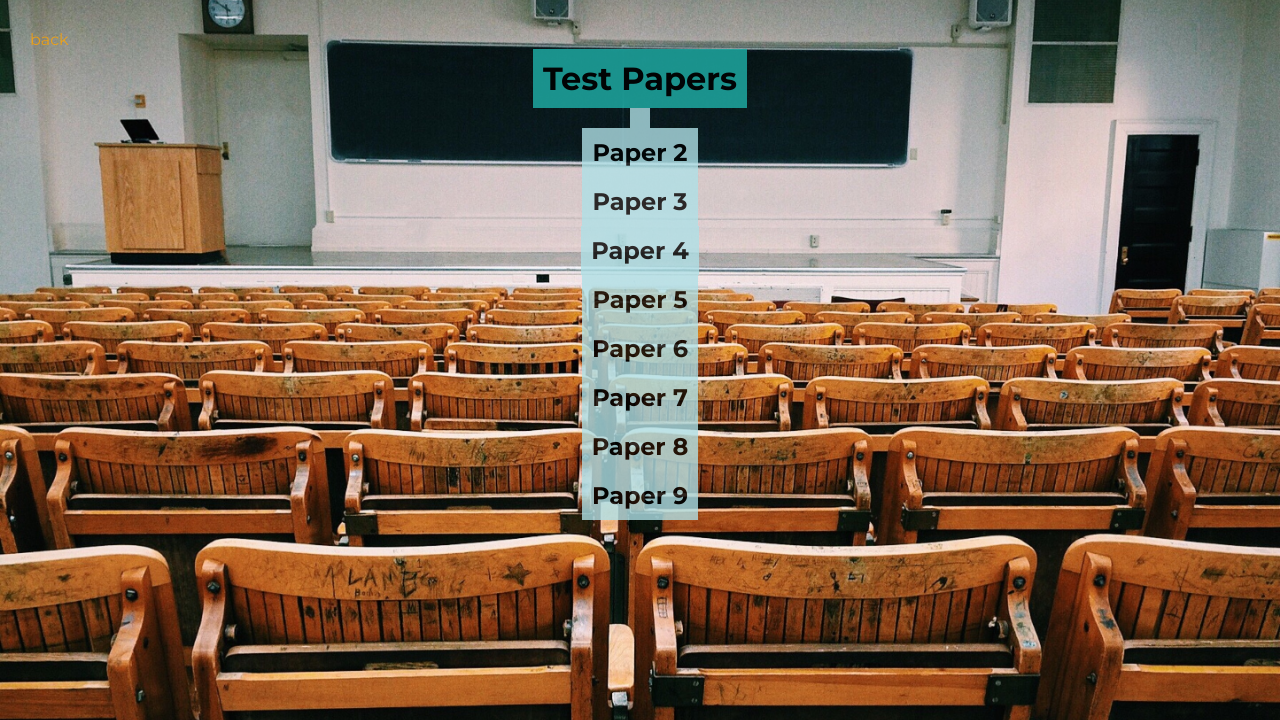
Repository: GauravBrahmbhatt/Psquare
Page: /testpage
The author's editor kept a copy of each file at every save. The page is drawn from the files as they stood at one save, then again after the next save.
The browser window is 1280 px wide. The pictures show the whole page.
The project was rebuilt for these pictures with package versions that can differ from the ones it lists, and the page was loaded fresh each time. Also part of the build but not shown: src/pages/main.js, src/pages/timer.js, src/pages/TestPapers/level1.js.

Above is the page before, as saved 2020-06-18 18:29:36.

### src/App.js
import React, { Component } from 'react';
import {Switch, Route, Router} from 'react-router-dom';
import History from './pages/History';

import NextPage from './pages/TestLoader';
import Main from './pages/main';
//import TestPage from './pages/LevelCoordinator';
import TestPage from './pages/TestPapers/level1';
//import Level2 from './pages/TestPapers/level2';
//import Level3 from './pages/TestPapers/level3';
//import Level4 from './pages/TestPapers/level4';
//import Level5 from './pages/TestPapers/level5';
//import Level6 from './pages/TestPapers/level6';
//import Level7 from './pages/TestPapers/level7';

//https://codepen.io/abbeyjfitzgerald/pen/QaeoYj

/*const backUrl = '/some/other/value'
// this.props.testvalue === "hello"
<Link to={{pathname: `/${this.props.testvalue}`, query: {backUrl}}} />
console.log(this.props.match.params.testvalue, this.props.location.query.backurl)
// output
hello /some/other/value
*/



class App extends Component {
	//this.props.match.params.id






  render(){
    return(

      <Router history={History}>
        <Switch>
          <Route path="/" exact component={Main} />
          <Route path="/testpage" component={NextPage} />
          <Route path="/timedtest" component={TestPage} />

        </Switch>
      </Router>
    )

  }
}

export default App;

//	  <Route path="/random" component={Level4} />
/*{"q":["24","-4","7"], "a":27},
	{"q":["3","-2","36"], "a":37},
	{"q":["56","-1","3"], "a":58},
	{"q":["88","-2","-1"], "a":85},
	{"q":["73","-1","7"], "a":79},
	{"q":["7","32","-4"], "a":35},
	{"q":["6","71","-5"], "a":72},
	{"q":["16","-5","2"], "a":13},
	{"q":["7","22","-7"], "a":22},
	{"q":["38","-6","2"], "a":34},
	{"q":["5","54","-1"], "a":58},
	{"q":["5","54","-1"], "a":58},
	{"q":["5","54","-1"], "a":58},
	{"q":["5","54","-1"], "a":58},
	{"q":["5","54","-1"], "a":58},
	{"q":["5","54","-1"], "a":58},
	{"q":["5","54","-1"], "a":58},
	{"q":["5","54","-1"], "a":58},
	{"q":["5","54","-1"], "a":58},
	{"q":["5","54","-1"], "a":58},
	{"q":["5","54","-1"], "a":58},
	{"q":["5","54","-1"], "a":58},
	{"q":["5","54","-1"], "a":58},
	{"q":["5","54","-1"], "a":58},
	{"q":["5","54","-1"], "a":58},
	{"q":["5","54","-1"], "a":58},
	{"q":["5","54","-1"], "a":58},
	{"q":["5","54","-1"], "a":58},
	{"q":["5","54","-1"], "a":58},
	{"q":["5","54","-1"], "a":58},
	{"q":["5","54","-1"], "a":58},
	{"q":["5","54","-1"], "a":58},
	{"q":["5","54","-1"], "a":58},
	{"q":["5","54","-1"], "a":58},
	{"q":["5","54","-1"], "a":58},
	{"q":["5","54","-1"], "a":58},
	{"q":["5","54","-1"], "a":58},
	{"q":["5","54","-1"], "a":58},
	{"q":["5","54","-1"], "a":58},
	{"q":["5","54","-1"], "a":58},
	{"q":["5","54","-1"], "a":58},
	{"q":["5","54","-1"], "a":58},
	{"q":["5","54","-1"], "a":58},
	{"q":["5","54","-1"], "a":58},
	{"q":["5","54","-1"], "a":58},
	{"q":["5","54","-1"], "a":58},
	{"q":["5","54","-1"], "a":58},
	{"q":["5","54","-1"], "a":58},
	{"q":["5","54","-1"], "a":58},
	{"q":["5","54","-1"], "a":58},
	{"q":["5","54","-1"], "a":58},
	{"q":["5","54","-1"], "a":58},
	{"q":["5","54","-1"], "a":58},
	{"q":["5","54","-1"], "a":58},
	{"q":["5","54","-1"], "a":58},
	{"q":["5","54","-1"], "a":58},
	{"q":["5","54","-1"], "a":58},
	{"q":["5","54","-1"], "a":58},
	{"q":["5","54","-1"], "a":58},
	{"q":["5","54","-1"], "a":58},
	{"q":["5","54","-1"], "a":58},
	{"q":["5","54","-1"], "a":58},
	{"q":["5","54","-1"], "a":58},
	{"q":["5","54","-1"], "a":58},
	{"q":["5","54","-1"], "a":58},
	{"q":["5","54","-1"], "a":58},
	{"q":["5","54","-1"], "a":58},
	{"q":["5","54","-1"], "a":58},
	{"q":["5","54","-1"], "a":58},
	{"q":["5","54","-1"], "a":58},
	{"q":["5","54","-1"], "a":58},
	{"q":["5","54","-1"], "a":58},
	{"q":["5","54","-1"], "a":58},
	{"q":["5","54","-1"], "a":58},
	{"q":["5","54","-1"], "a":58},
	{"q":["5","54","-1"], "a":58},
	{"q":["5","54","-1"], "a":58},
	{"q":["5","54","-1"], "a":58},
	{"q":["5","54","-1"], "a":58},
	{"q":["5","54","-1"], "a":58},
	{"q":["5","54","-1"], "a":58},
	{"q":["5","54","-1"], "a":58},
	{"q":["5","54","-1"], "a":58},
	{"q":["5","54","-1"], "a":58},
	{"q":["5","54","-1"], "a":58},
	{"q":["5","54","-1"], "a":58},
	{"q":["5","54","-1"], "a":58},
	{"q":["5","54","-1"], "a":58},
	{"q":["5","54","-1"], "a":58},
	{"q":["5","54","-1"], "a":58},
	{"q":["5","54","-1"], "a":58},
	{"q":["5","54","-1"], "a":58},
	{"q":["5","54","-1"], "a":58},
	{"q":["5","54","-1"], "a":58},
	{"q":["5","54","-1"], "a":58},
	{"q":["5","54","-1"], "a":58},
	{"q":["5","54","-1"], "a":58},
	{"q":["5","54","-1"], "a":58},
	{"q":["5","54","-1"], "a":58},
	{"q":["5","54","-1"], "a":58},
	{"q":["5","54","-1"], "a":58},
	{"q":["5","54","-1"], "a":58},
	{"q":["5","54","-1"], "a":58},
	{"q":["5","54","-1"], "a":58},
	{"q":["5","54","-1"], "a":58},
	{"q":["5","54","-1"], "a":58},
	{"q":["5","54","-1"], "a":58},
	{"q":["5","54","-1"], "a":58},
	{"q":["5","54","-1"], "a":58},
	{"q":["5","54","-1"], "a":58},
	{"q":["5","54","-1"], "a":58},
	{"q":["5","54","-1"], "a":58},
	{"q":["5","54","-1"], "a":58},
	{"q":["5","54","-1"], "a":58},
	{"q":["5","54","-1"], "a":58},
	{"q":["5","54","-1"], "a":58},
	{"q":["5","54","-1"], "a":58},
	{"q":["5","54","-1"], "a":58},
	{"q":["5","54","-1"], "a":58},
	{"q":["5","54","-1"], "a":58},
	{"q":["5","54","-1"], "a":58},
	{"q":["5","54","-1"], "a":58},
	{"q":["5","54","-1"], "a":58},
	{"q":["5","54","-1"], "a":58},
	{"q":["5","54","-1"], "a":58},
	{"q":["5","54","-1"], "a":58},
	{"q":["5","54","-1"], "a":58},
	{"q":["5","54","-1"], "a":58},
	{"q":["5","54","-1"], "a":58},
	{"q":["5","54","-1"], "a":58},
	{"q":["5","54","-1"], "a":58},
	{"q":["5","54","-1"], "a":58},
	{"q":["5","54","-1"], "a":58},
	{"q":["5","54","-1"], "a":58},
	{"q":["5","54","-1"], "a":58},
	{"q":["5","54","-1"], "a":58},
	{"q":["5","54","-1"], "a":58},
	{"q":["5","54","-1"], "a":58},
	{"q":["5","54","-1"], "a":58},
	{"q":["5","54","-1"], "a":58}*/

### src/pages/TestLoader.js
import React, { useState, useEffect } from "react";
import { Link } from "react-router-dom";


const TestLoader = ({ location }) => {

    const [ level, setLLevel ] = useState('');

  useEffect(() => {

    const params = new URLSearchParams(location.search);
    //let arr=params.getAll();
    //console.log(arr);
    const level = params.get("l");
    setLLevel(level ? level : "1");

    //console.log("level");
    //console.log(level);
    // get the q param
    //const q = params.get('q');
    // set language in state to the q parameter
    //setLanguage(q ? q : 'MatLab');
    //eslint-disable-next-line
  }, []);

  return (

    <div>
      <Link to="/">back</Link>
      <h1 className="title1">Test Papers</h1>
      <Link to="/timedtest?p=1">
        <p className="hover">{}</p>
      </Link>
      <Link to="/timedtest?p=2">
        <p className="hover">Paper 2</p>
      </Link>
      <Link to="/timedtest?p=3">
        <p className="hover">Paper 3</p>
      </Link>
      <Link to="/timedtest?p=4">
        <p className="hover">Paper 4</p>
      </Link>
      <Link to="/timedtest?p=5">
        <p className="hover">Paper 5</p>
      </Link>
      <Link to="/timedtest?p=6">
        <p className="hover">Paper 6</p>
      </Link>
      <Link to="/timedtest?p=7">
        <p className="hover">Paper 7</p>
      </Link>
      <Link to="/timedtest?p=8">
        <p className="hover">Paper 8</p>
      </Link>
      <Link to="/timedtest?p=9">
        <p className="hover">Paper 9</p>
      </Link>
    </div>
  );
};

export default TestLoader;

### src/styleSheets/main.scss
@import url("https://fonts.googleapis.com/css?family=Montserrat:400,500,600,700");

* {
  -webkit-box-sizing: border-box;
  -moz-box-sizing: border-box;
  box-sizing: border-box;
}

body {
  font-family: "Montserrat";
  margin: 30px;
  background-image: url("../Bench.jpg");

  /* Set a specific height */
  height: 500px;

  /* Create the parallax scrolling effect */
  background-attachment: fixed;
  background-position: center;
  background-repeat: no-repeat;
  background-size: cover;
  //background-color:rgba(255,255,255,0.1);
  opacity: 0.8;
  //position: absolute;
  z-index: -1;
}

a {
  text-decoration: none;
  color: orange;
}

h2 {
  color: #000;
  margin: 2rem 0 0.5rem;
  font-size: 1.25rem;
  font-weight: 400;
  text-transform: uppercase;
}

img {
  display: block;
  border: 0;
  width: 100%;
  height: auto;
}

/***************************           Cards            *******************************/

.title {
  margin: auto;
  width: max-content;
  padding: 10px;
  font-size: 2rem;
  display: flex;
  font-weight: 900;
  background: #539fd3;
}

.title1 {
  margin: auto;
  width: max-content;
  padding: 10px;
  font-size: 2rem;
  display: flex;
  font-weight: 900;
  background: lightseagreen;
}

/* Turn off parallax scrolling for all tablets and phones. Increase/decrease the pixels if needed */
//@media only screen and (max-device-width: 1366px) {
// .parallax {
//   /* The image used */
//   //background-image: url("../Bench.jpg");

//   /* Set a specific height */
//   //height: 500px;

//   /* Create the parallax scrolling effect */
//   // background-attachment: fixed;
//   //background-position: center;
//   //background-repeat: no-repeat;
//   //background-size: cover;
//   //opacity: 0.2;
//   z-index: 1;
// }
//}

@mixin hideTapHighlightColor() {
  //Prevent highlight colour when element is tapped
  -webkit-tap-highlight-color: rgba(0, 0, 0, 0);
}

@mixin hardwareAccel() {
  //Improve performance on mobile/tablet devices
  transform: translateZ(0);
}

@mixin improveAntiAlias() {
  //Improve aliasing on mobile/tablet devices
  box-shadow: 0 0 1px rgba(0, 0, 0, 0);
}

.hover {
  display: inline-block;
  transition-duration: 0.5s;
  transition-property: transform;
  margin: auto;
  width: max-content;
  padding: 10px;
  font-size: 1.5rem;
  display: flex;
  font-weight: 900;
  color: black;
  background-color: powderblue;

  @include hideTapHighlightColor();
  @include hardwareAccel();
  @include improveAntiAlias();

  &:hover {
    transform: translateY(-6px);
    animation-name: hover;
    animation-duration: 1.5s;
    animation-delay: 1.5s;
    animation-timing-function: linear;
    animation-iteration-count: infinite;
    animation-direction: alternate;
  }
}

.cards {
  display: grid;
  grid-template-columns: repeat(
    auto-fill,
    minmax(200px, 1fr)
  ); /* see notes below */
  grid-auto-rows: minmax(120px, auto);
  grid-gap: 5rem;
  z-index: 5;
}

.card {
  /*height: 200px;*/
  /*background: red;*/
  border: 2px solid #e7e7e7;
  border-radius: 4px;
  padding: 0.5rem;
  -webkit-box-shadow: 0 2px 2px rgba(0, 0, 0, 0.15);
  box-shadow: 0 2px 2px rgba(0, 0, 0, 0.15);
  display: flex;
  /* -webkit-box-orient: vertical; */
  /* -webkit-box-direction: normal; */
  -ms-flex-direction: column;
  flex-direction: column;
  position: relative;
  color: #5d5e5e;
} /* li item */

.thumbnail img {
  fill: #c7c4c4;
  height: 135px;
  //opacity: 0.25;
  padding: 1.5rem;
}

.card-content {
  font-size: 0.75rem;
  display: flex;
  -webkit-box-orient: vertical;
  -webkit-box-direction: normal;
  -ms-flex-direction: column;
  flex-direction: column;
  -webkit-box-flex: 1;
  -ms-flex: 1;
  flex: 1;
}

.panel.card-panel .panel-header {
  background-color: #ffffff;
  font-size: 0.75rem;
  font-weight: 400;
  height: 25px !important;
}

.panel.card-panel .panel-content {
  -webkit-box-flex: 1;
  -ms-flex: 1;
  flex: 1;
}

.category {
  font-size: 0.75rem;
  text-transform: uppercase;
}

footer {
  border-top: 2px solid #e7e7e7;
  margin: 0.5rem 0 0;
  min-height: 30px;
  font-size: 0.5rem;
}

.category {
  position: absolute;
  top: 105px;
  left: 75px;
  color: #fff;
  background: #e74c3c;
  padding: 5px 15px;
  font-size: 15px;
  font-weight: 600;
  text-transform: uppercase;
}

.category__01 {
  background-color: #50c6db;
}

.category__02 {
  background-color: #51bb7b;
}

.category__03 {
  background-color: firebrick;
}

.category__04 {
  background-color: palegoldenrod;
}

.category__05 {
  background-color: olive;
}

.post-meta {
  margin-top: 1rem;
}

.comments {
  margin-left: 0.5rem;
}

.center {
  margin: auto;
  width: 50%;
  //border: 3px solid green;
  padding: 10px;
}

.fa-check {
  color: #13a775;
}

.fa-times {
  color: #f42020;
}

input[type="number"]::-webkit-inner-spin-button,
input[type="number"]::-webkit-outer-spin-button {
  -webkit-appearance: none;
}
input[type="number"] {
  -moz-appearance: textfield;
}

.heidi {
  display: none;
}

table {
  border-collapse: collapse;
}

//td, th,
tr {
  border: 2.5px solid #999;
  padding: 5px;
  text-align: center;
}

Loaded but not shown: src/index.js (common file); src/index.css (common file); src/serviceWorker.js (common file); src/pages/History.js (common file)

After the next save:
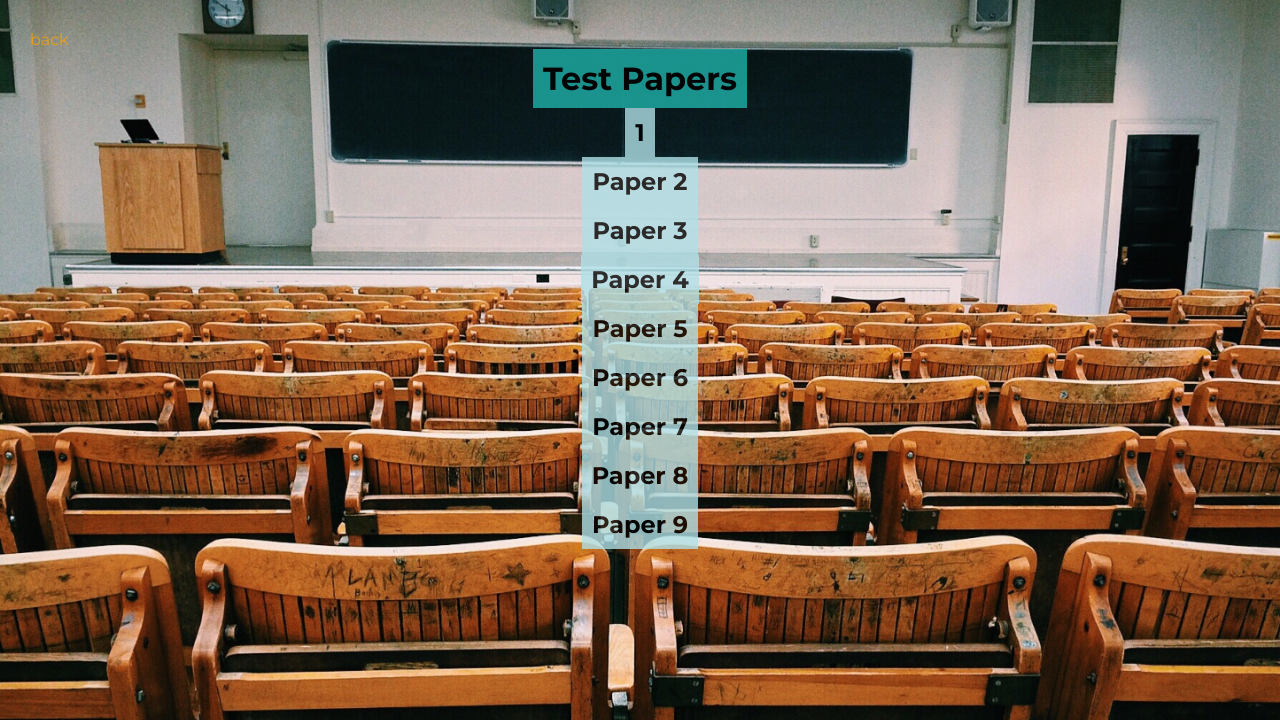
Saved 6 s later.
--- a/src/pages/TestLoader.js
+++ b/src/pages/TestLoader.js
@@ -29,7 +29,7 @@ const TestLoader = ({ location }) => {
       <Link to="/">back</Link>
       <h1 className="title1">Test Papers</h1>
       <Link to="/timedtest?p=1">
-        <p className="hover">{}</p>
+        <p className="hover">{level}</p>
       </Link>
       <Link to="/timedtest?p=2">
         <p className="hover">Paper 2</p>
